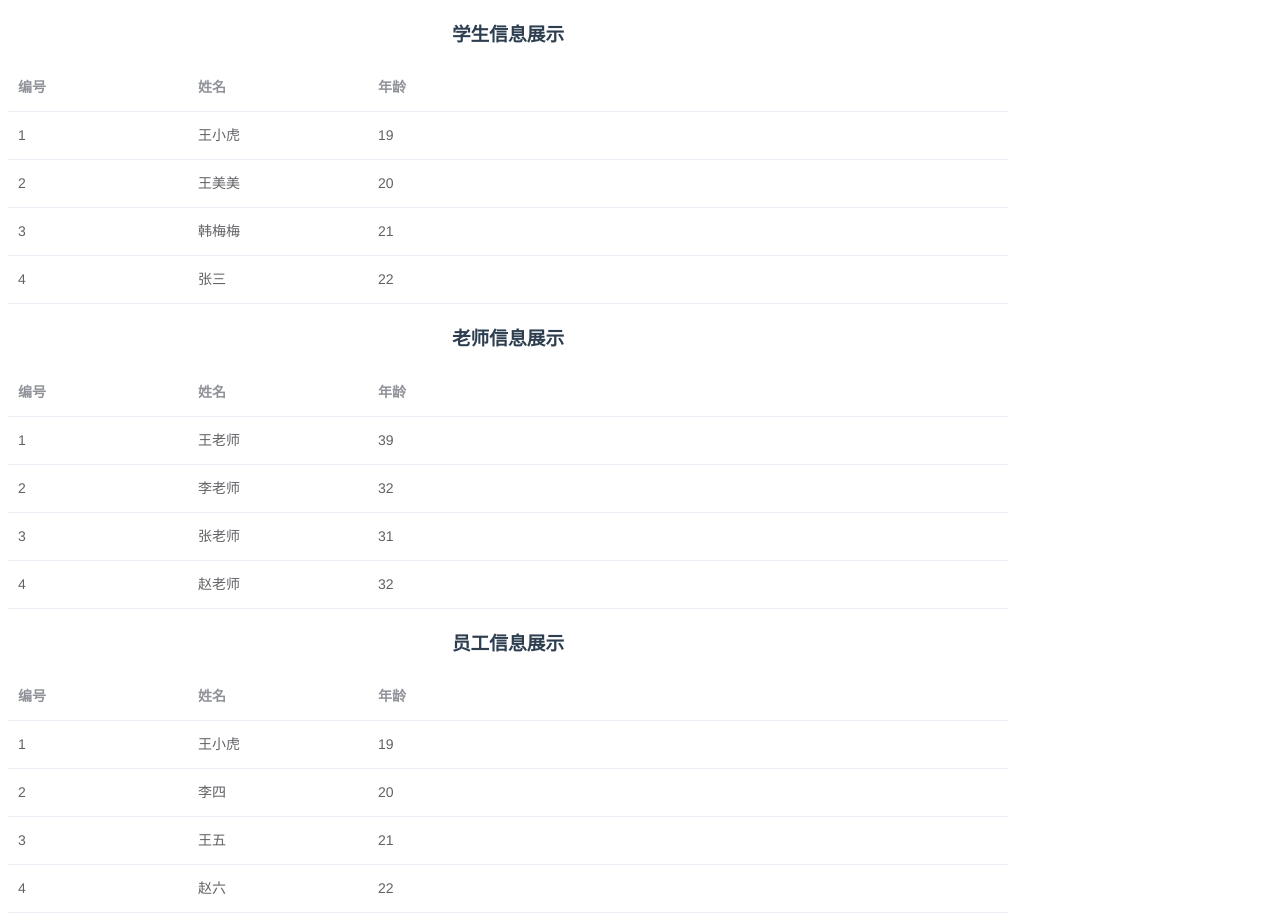
Repository: chang-meng-yun/vue_project
Page: /
An editor plug-in stored every save of this project. The page is shown before and after the next save, followed by the edit.
The browser window is 1280 px wide. The pictures show the whole page.
The project was rebuilt for these pictures with package versions that can differ from the ones it lists, and the page was loaded fresh each time. Also part of the build but not shown: vue.config.js, src/VBindStudy.vue, src/HomeWork.vue, src/views/reHome.vue, src/FromFrame.vue, src/prents.vue, src/views/son.vue, src/components/HelloWorld.vue and 1 more.

Above is the page before, as saved 2024-06-27 16:06:17.

### public/index.html
<!DOCTYPE html>
<html lang="">
  <head>
    <meta charset="utf-8">
    <meta http-equiv="X-UA-Compatible" content="IE=edge">
    <meta name="viewport" content="width=device-width,initial-scale=1.0">
    <link rel="icon" href="<%= BASE_URL %>favicon.ico">
    <!-- <title><%= htmlWebpackPlugin.options.title %></title> -->
     <title>我是首页</title>
  </head>
  <body>
    <noscript>
      <strong>We're sorry but <%= htmlWebpackPlugin.options.title %> doesn't work properly without JavaScript enabled. Please enable it to continue.</strong>
    </noscript>
    <!-- 显示内容的地方 -->
    <div id="app"></div>
    <!-- built files will be auto injected -->
  </body>
</html>

### src/main.js
import Vue from 'vue'
import App from './App.vue'
import ElementUI from 'element-ui';
import 'element-ui/lib/theme-chalk/index.css';
import router from './router'

Vue.use(ElementUI);

Vue.config.productionTip = false
new Vue({
  router,
  render: h => h(App)
}).$mount('#app')

### src/App.vue
<template>
  <div id="app">
    <!-- <Hello></Hello> -->
    <!-- <VBindStudy></VBindStudy> -->
    <!-- <HomeWork></HomeWork> -->
    <!-- <reHome></reHome> -->
    <!-- <Model></Model> -->
    <!-- <FromFrame></FromFrame> -->
     <!-- <prents></prents> -->
     <!-- <div>来自父组件得值{{son_title}}</div>
      <son @son_to_parent="getValues"></son> -->

      <!-- <child myTitle="信息展示" :mysrc="img_path" > -->
        <child myTitle="学生信息展示" myTitle2="老师信息展示" myTitle3="员工信息展示"  :tableData1="tableData1" :tableData2="tableData2" :tableData3="tableData3"></child>


    </div>
</template>
<script>
  // 导入组件
  import Hello from '@/Hello.vue'
  import VBindStudy from '@/VBindStudy'
  import HomeWork from '@/HomeWork'
  import reHome from './views/reHome.vue'
  import FromFrame from '@/FromFrame.vue'
  import prents from '@/prents.vue'
  import child from '@/child.vue'
   import son from './views/son.vue'
  // import Model from './views/Model.vue'
  export default {
    components: {
      Hello,
      VBindStudy,
      HomeWork,
      FromFrame,
      prents,
      child,
      son
      // Model
    },
    data() {
      return {
        tableData1: [{
            id: '1',
            name: '王小虎',
            age: '19'
          }, {
            id: '2',
            name: '王美美',
            age: '20'
          }, {
            id: '3',
            name: '韩梅梅',
            age: '21'
          }, {
            id: '4',
            name: '张三',
            age: '22'
          }],
          tableData2: [{
            id: '1',
            name: '王老师',
            age: '39'
          }, {
            id: '2',
            name: '李老师',
            age: '32'
          }, {
            id: '3',
            name: '张老师',
            age: '31'
          }, {
            id: '4',
            name: '赵老师',
            age: '32'
          }],
          tableData3: [{
            id: '1',
            name: '王小虎',
            age: '19'
          }, {
            id: '2',
            name: '李四',
            age: '20'
          }, {
            id: '3',
            name: '王五',
            age: '21'
          }, {
            id: '4',
            name: '赵六',
            age: '22'
          }],
        // mark: true,
        // name: "张三",
        // mywidth: "350px",
        // myImage: require("./assets/花.jpg"),
        // img_path: require("@/assets/花.jpg"),
        // son_title:""
      }
    },
    methods: {
      controller_div() {
        this.mark = !this.mark
        console.log(this.mark)
      },
      changeSize() {
        this.mywidth = "500px"
      },
      changeImage() {
        console.log("pakaqiu")
        this.myImage = require("./assets/小樱花.webp")
      },
      getValues(n){
        this.son_title=n
      }
    }
  }
</script>
<style>
  .box {
    width: 200px;
    height: 200px;
    background-color: red;
  }

  #app {
    font-family: Avenir, Helvetica, Arial, sans-serif;
    -webkit-font-smoothing: antialiased;
    -moz-osx-font-smoothing: grayscale;
    text-align: center;
    color: #2c3e50;
  }

  nav {
    padding: 30px;
  }

  nav a {
    font-weight: bold;
    color: #2c3e50;
  }

  nav a.router-link-exact-active {
    color: #42b983;
  }
</style>

### src/Hello.vue
<template>
  <div>
        <!-- <nav>
      <router-link to="/">Home</router-link> |
      <router-link to="/about">About</router-link>
    </nav> -->
    <!-- <el-row>
      <el-button>默认按钮</el-button>
      <el-button type="primary">主要按钮</el-button>
      <el-button type="success">成功按钮</el-button>
      <el-button type="info">信息按钮</el-button>
      <el-button type="warning">警告按钮</el-button>
      <el-button type="danger">危险按钮</el-button>
    </el-row> -->

    <!-- <input  type="text" v-model="username"> -->
     <!-- <div  v-if="mark" class="box">
      div1-if标签
     </div> -->
     <!-- <el-button type="primary" v-on:click="controller_div()">控制div</el-button> -->
     <!-- <div  v-show ="mark" class="box"> -->
      <!-- div2-show标签 -->
     <!-- </div> -->
    <!-- <div>
      {{username}}
    </div> -->
    <!-- <router-view/> -->
     <!-- <hr> -->

     <el-row>
        <el-col :span="12">
          <div class="grid-content bg-purple">
         <img src="./assets/小雏菊.webp" v-bind:width="mywidth" />
         <br>
         <el-button type="primary" @click="changeSize()">改变大小</el-button>
        </div>
      </el-col>

        <el-col :span="12">
          <div class="grid-content bg-purple-light">
            <img v-bind:src="myImage" width="350px" />
            <br>
            <el-button type="primary" @click="changeImage()">改变图片</el-button>
        </div>
      </el-col>
      </el-row>

  </div>
</template>
<script>
     export default{
    // components:{
    //     Hello,
    //     VBindStudy
    // },
    data(){
      return{
        mark:true,
        name:"张三",
        mywidth:"350px",
        myImage:require("./assets/花.jpg")
      }
    },
    methods:{
     controller_div(){
        this.mark=!this.mark
        console.log(this.mark)
      },
      changeSize(){
        this.mywidth="500px"
      },
      changeImage(){
        console.log("pakaqiu")
        this.myImage=require("./assets/小樱花.webp")
      }
     },
     components:{

     }
    }
  </script>
  <style>
  .box{
      width: 200px;
      height: 200px;
      background-color: red;
  }
  #app {
    font-family: Avenir, Helvetica, Arial, sans-serif;
    -webkit-font-smoothing: antialiased;
    -moz-osx-font-smoothing: grayscale;
    text-align: center;
    color: #2c3e50;
  }

  nav {
    padding: 30px;
  }

  nav a {
    font-weight: bold;
    color: #2c3e50;
  }

  /* nav a.router-link-exact-active {
    color: #42b983;
  } */
  </style>

### src/child.vue
<template>
    <div  style="width: 1000px;">
        <div>
         <h3>{{myTitle}}</h3>
         <!-- <img :src="mysrc" height="300px" width="300px"> -->
         <el-table
         :data="tableData1"
         style="width: 100%">
         <el-table-column
           prop="id"
           label="编号"
           width="180">
         </el-table-column>
         <el-table-column
           prop="name"
           label="姓名"
           width="180">
         </el-table-column>
         <el-table-column
           prop="age"
           label="年龄">
         </el-table-column>
       </el-table>
        </div>
        <div>
            <h3>{{myTitle2}}</h3>
            <!-- <img :src="mysrc" height="300px" width="300px"> -->
            <el-table
            :data="tableData2"
            style="width: 100%">
            <el-table-column
              prop="id"
              label="编号"
              width="180">
            </el-table-column>
            <el-table-column
              prop="name"
              label="姓名"
              width="180">
            </el-table-column>
            <el-table-column
              prop="age"
              label="年龄">
            </el-table-column>
          </el-table>
           </div>
           <div>
            <h3>{{myTitle3}}</h3>
            <!-- <img :src="mysrc" height="300px" width="300px"> -->
            <el-table
            :data="tableData3"
            style="width: 100%">
            <el-table-column
              prop="id"
              label="编号"
              width="180">
            </el-table-column>
            <el-table-column
              prop="name"
              label="姓名"
              width="180">
            </el-table-column>
            <el-table-column
              prop="age"
              label="年龄">
            </el-table-column>
          </el-table>
           </div>
    </div>
</template>
<script>
    export default{
        data(){
            return{
                // img_path: require("@/assets/花.jpg"),
            }
        },
        // props:["myTitle","mysrc"],
        props:["myTitle","tableData1","myTitle2","tableData2","myTitle3","tableData3"],
        methods: {

        },
        components:{

        }
    }

</script>
<style>

</style>

Loaded but not shown: src/router/index.js (common file)

After the next save:
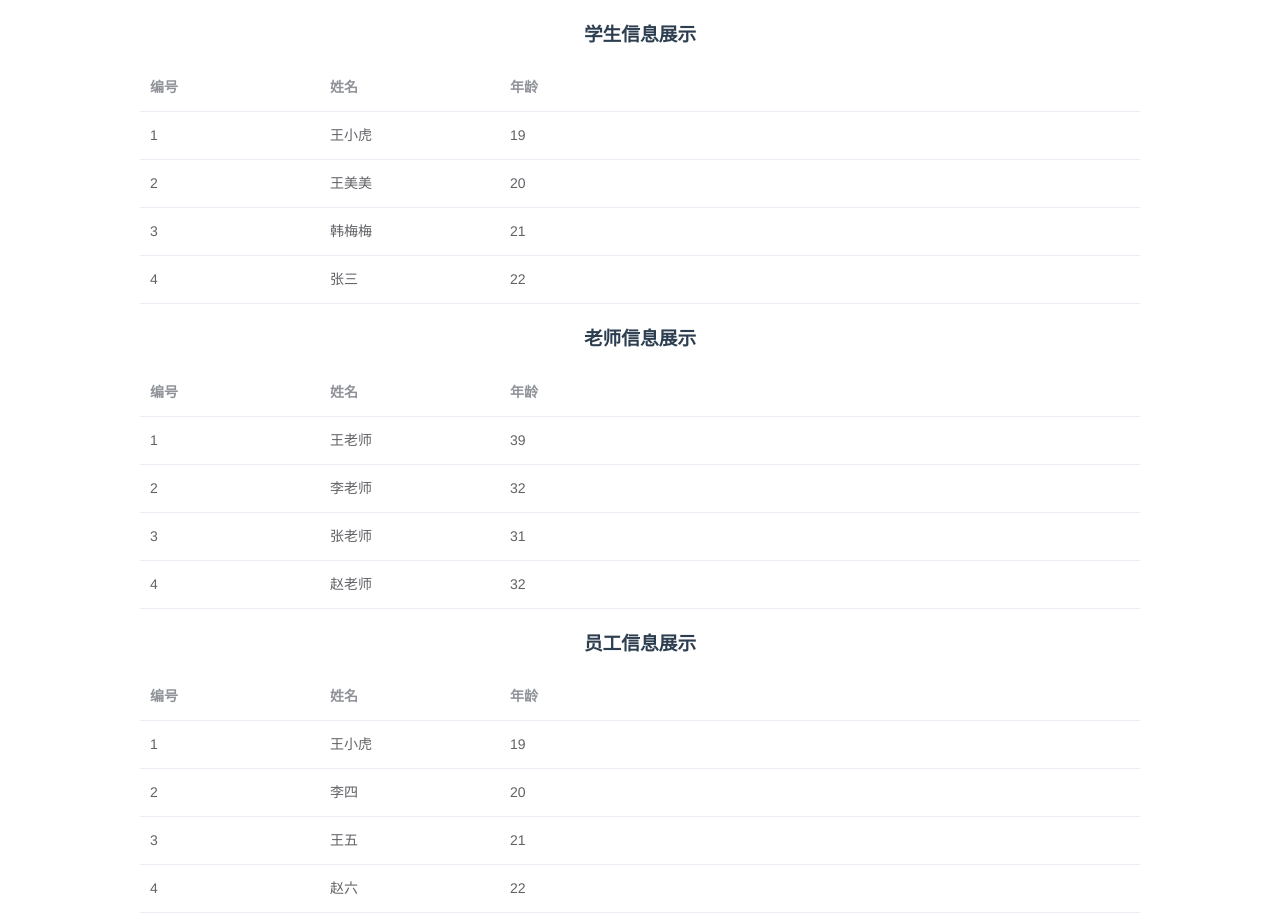
Saved 15 s later.
--- a/src/child.vue
+++ b/src/child.vue
@@ -1,5 +1,5 @@
 <template>
-    <div  style="width: 1000px;">
+    <div  style="width: 1000px;margin: 0 auto;">
         <div>
          <h3>{{myTitle}}</h3>
          <!-- <img :src="mysrc" height="300px" width="300px"> -->
